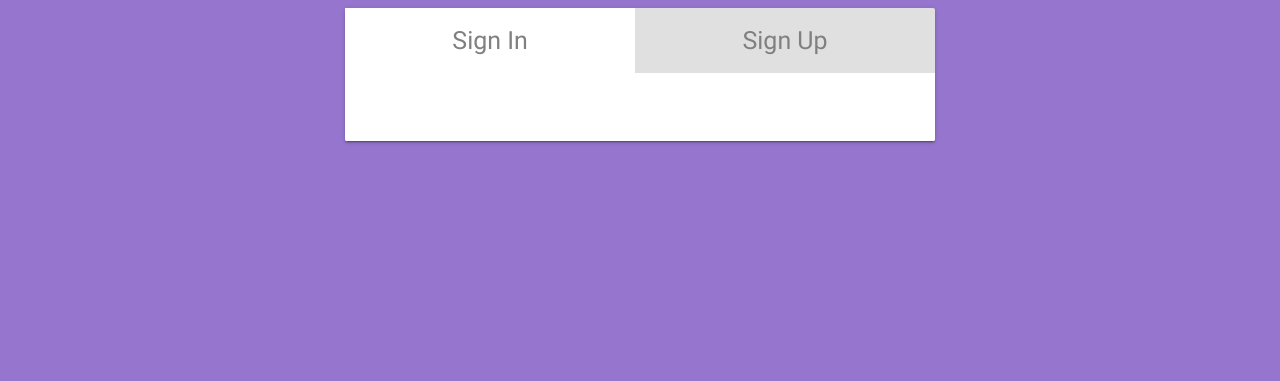
Repository: Nirmit04/Session-Management
Page: / (app in webapp/)
An editor plug-in stored every save of this project. The page is shown before and after the next save, followed by the edit.
The browser window is 1280 px wide. The pictures show the whole page.
Some web libraries are served in a nearby version. The project was rebuilt for these pictures with package versions that can differ from the ones it lists, and the page was loaded fresh each time. Also part of the build but not shown: webapp/angular.json, webapp/src/app/home/home.component.ts, webapp/src/app/user/sign-up/sign-up/sign-up.component.ts.

Above is the page before, as saved 2019-02-15 11:45:38.

After the next save:
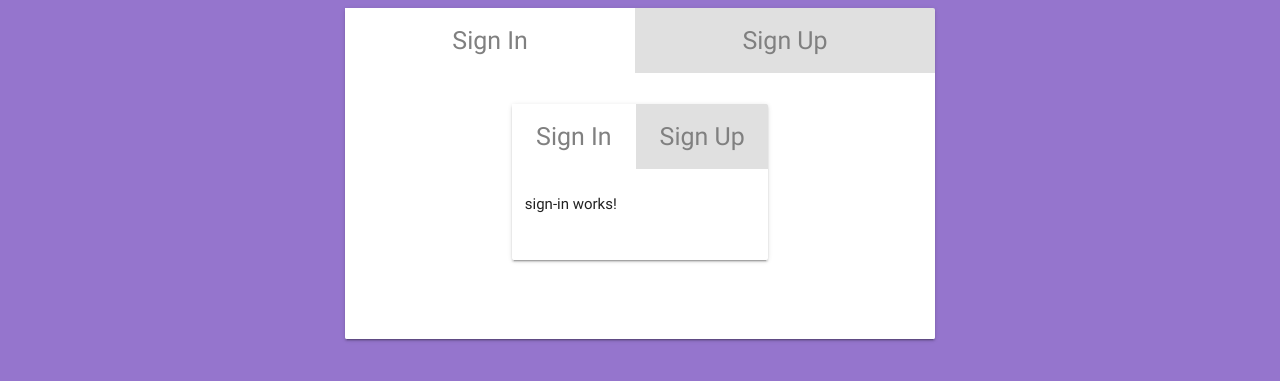
Saved 8 s later.
--- a/webapp/src/app/user/user.component.html
+++ b/webapp/src/app/user/user.component.html
@@ -14,7 +14,7 @@
         </div>
         <div class="card-content white">
           <div class="row">
-            <!-- <router-outlet></router-outlet> -->
+            <router-outlet></router-outlet>
           </div>
         </div>
       </div>
